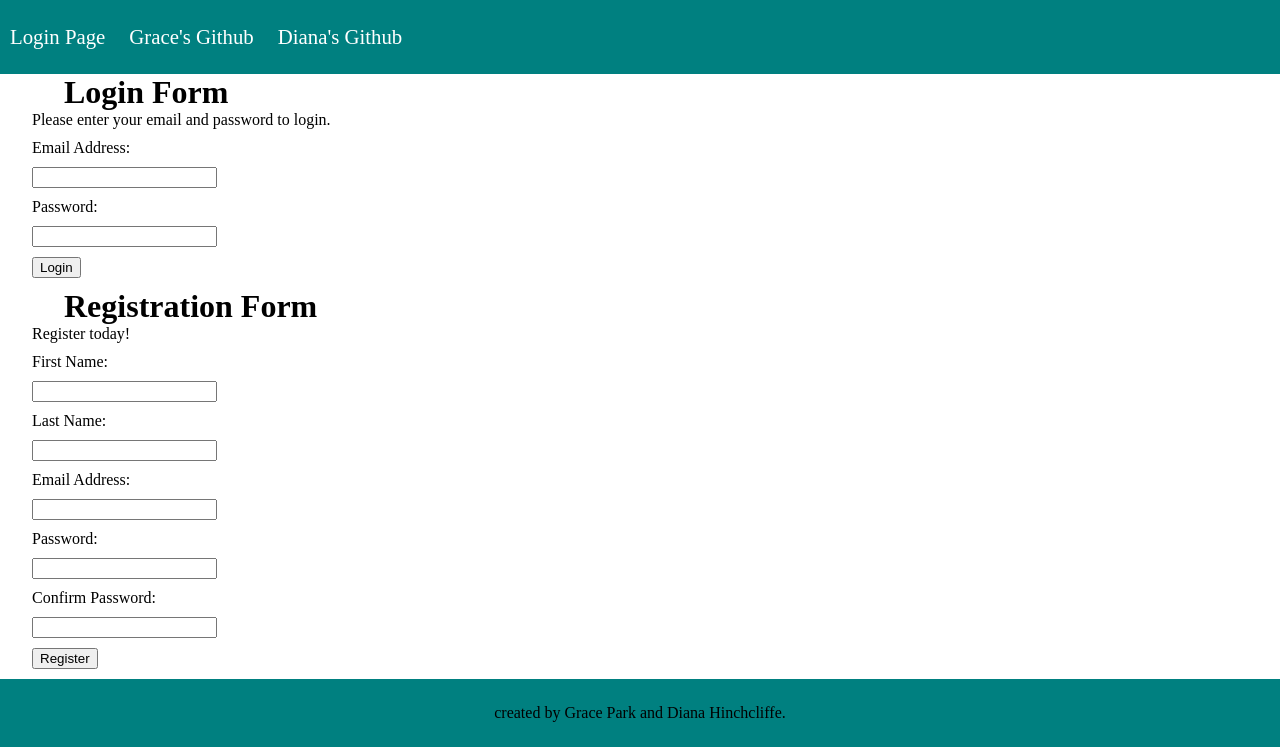
Repository: developergrace/cosw30
Page: http://localhost/labwork/lab2/login.php
The author's editor kept a record of every edit. The page is drawn from the files as they stood at one moment, then again after the next edit.
The browser window is 1280 px wide. The pictures show the whole page.
The page is run by PHP 8.4 with error messages shown; the project is at /var/www/html/.

Above is the page before.

After the next edit:
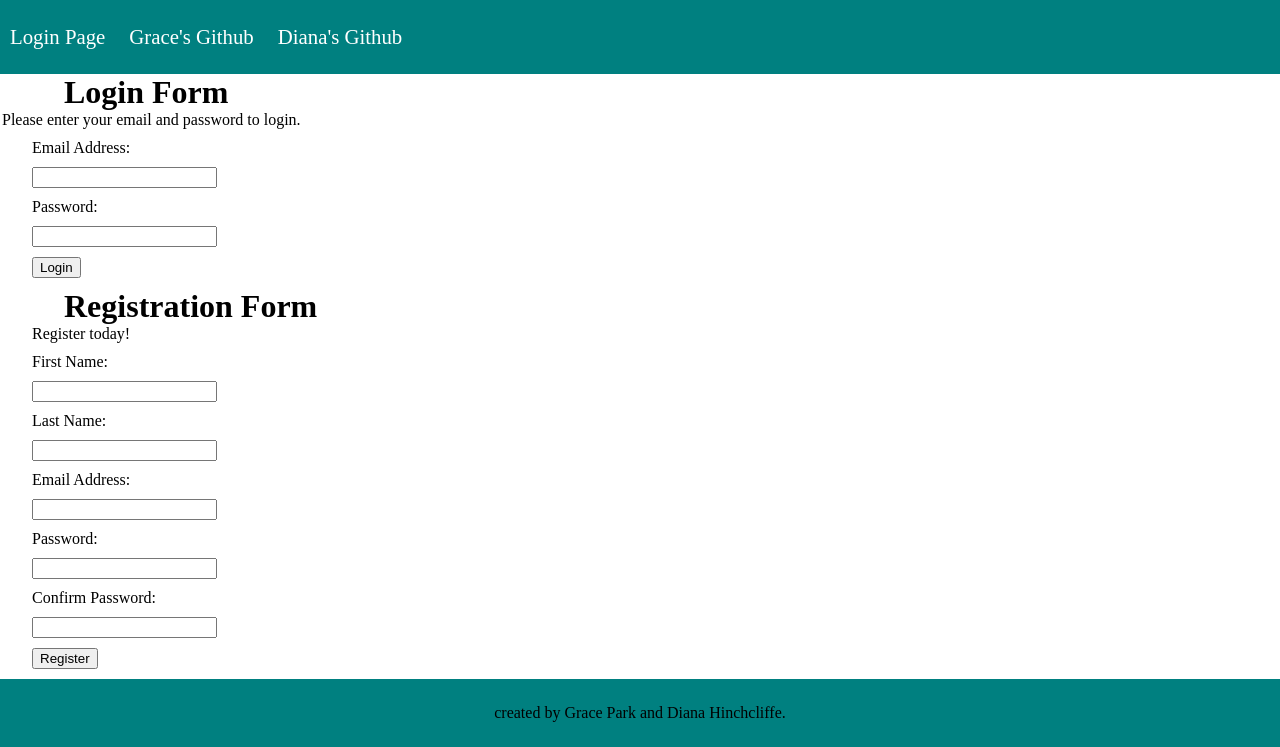
The edit:
--- a/labwork/lab2/login.php
+++ b/labwork/lab2/login.php
@@ -43,7 +43,7 @@
         </header>
 
         <h1>Login Form</h1>
-        <p>Please enter your email and password to login.</p>
+        <legend>Please enter your email and password to login.</legend>
         <form method="POST" action="process_login.php">
             <label for="log_email">Email Address:</label>
             <input name="email" id="log_email" type="email" required>
